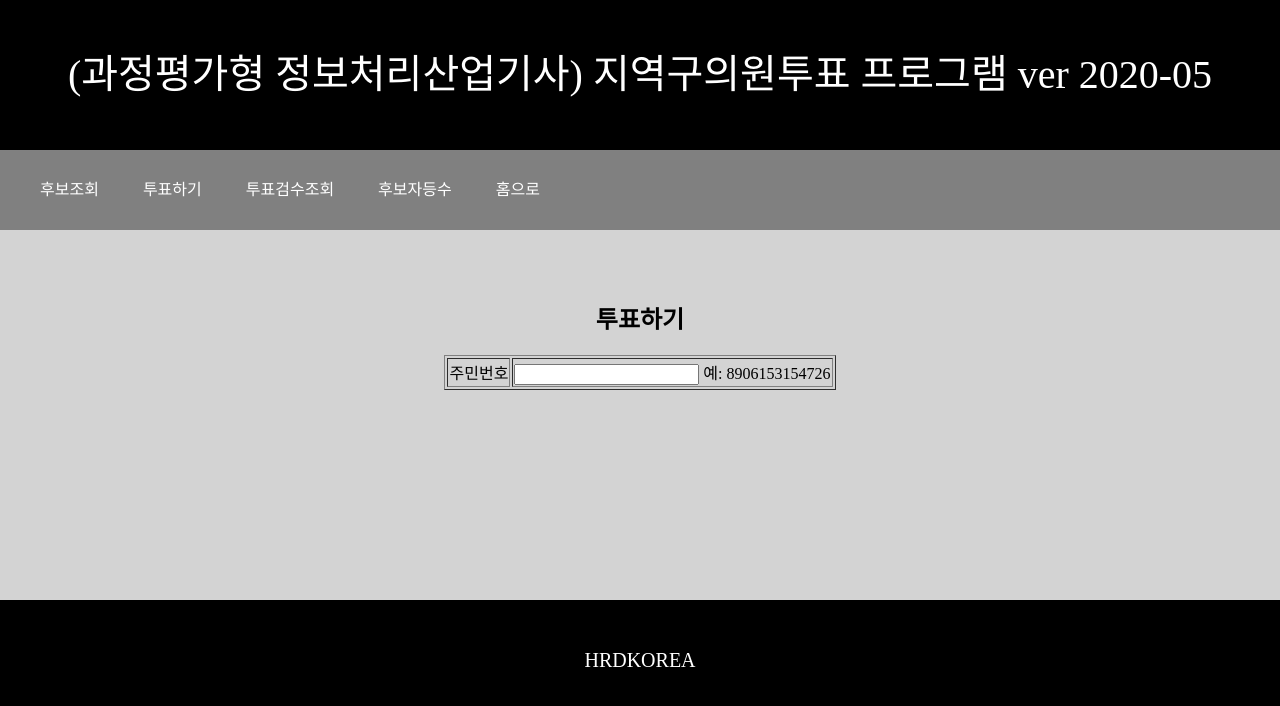
Repository: junhee97/-
Page: http://localhost/HRD_03/vote.jsp
These files come from the project's save history. The page is drawn as it stood at one moment and after the next save; the edit follows.
The browser window is 1280 px wide. The pictures show the whole page.
The page is served by Tomcat 9.

Above is the page before, as saved 2025-08-14 12:39:19.

### HRD_03/WebContent/vote.jsp
<%@ page language="java" contentType="text/html; charset=UTF-8"
    pageEncoding="UTF-8"%>
<!DOCTYPE html PUBLIC "-//W3C//DTD HTML 4.01 Transitional//EN" "http://www.w3.org/TR/html4/loose.dtd">
<html>
<head>
<meta http-equiv="Content-Type" content="text/html; charset=UTF-8">
<title>Insert title here</title>
</head>
<body>

<jsp:include page="header.jsp"></jsp:include>

<section style="position: fixed; top: 230px; left: 0px; width: 100%; height: 100%; background-color: lightgray;">
<h2 style="text-align: center; padding-top: 50px;">투표하기</h2>

<form style = "display: flex; align-items: center; justify-content: center; ">
	<table border = "1">
		<tr>
			<td style = "text-align: center;">주민번호</td>
			<td>
				<input type = "text"> 예: 8906153154726
			</td>
		</tr>
	</table>
</form>

</section>

<jsp:include page="footer.jsp"></jsp:include>


</body>
</html>

### HRD_03/WebContent/header.jsp
<%@ page language="java" contentType="text/html; charset=UTF-8"
    pageEncoding="UTF-8"%>
<!DOCTYPE html PUBLIC "-//W3C//DTD HTML 4.01 Transitional//EN" "http://www.w3.org/TR/html4/loose.dtd">
<html>
<head>
<meta http-equiv="Content-Type" content="text/html; charset=UTF-8">
<title>Insert title here</title>

<style>
	a{
		text-decoration: none;
		color: white;
	}
</style>

</head>
<body>

	<header style="position:fixed; top:0px; left:0px; width:100%; height: 150px; line-height: 150px; background-color: black; color: white; text-align: center; font-size: 40px;">
		(과정평가형 정보처리산업기사) 지역구의원투표 프로그램 ver 2020-05
	</header>

	<nav style="position: fixed; top: 150px; left: 0px; width: 100%; height: 80px; line-height: 80px; background-color: gray; padding-left: 40px;">
		<a href="m_list.jsp">후보조회</a> &nbsp; &nbsp; &nbsp; &nbsp; &nbsp;
		<a href="vote.jsp">투표하기</a> &nbsp; &nbsp; &nbsp; &nbsp; &nbsp;
		<a href="v_list.jsp">투표검수조회</a> &nbsp; &nbsp; &nbsp; &nbsp; &nbsp;
		<a href="rank.jsp">후보자등수</a> &nbsp; &nbsp; &nbsp; &nbsp; &nbsp;
		<a href="index.jsp">홈으로</a>
	</nav>

</body>
</html>

### HRD_03/WebContent/footer.jsp
<%@ page language="java" contentType="text/html; charset=UTF-8"
    pageEncoding="UTF-8"%>
<!DOCTYPE html PUBLIC "-//W3C//DTD HTML 4.01 Transitional//EN" "http://www.w3.org/TR/html4/loose.dtd">
<html>
<head>
<meta http-equiv="Content-Type" content="text/html; charset=UTF-8">
<title>Insert title here</title>
</head>
<body>

	<footer style="position: fixed; bottom: 0px; left: 0px; width: 100%; height: 120px; line-height: 120px; text-align: center; background-color: black; color: white; font-size: 20px;">
		HRDKOREA
	</footer>

</body>
</html>

After the next save:
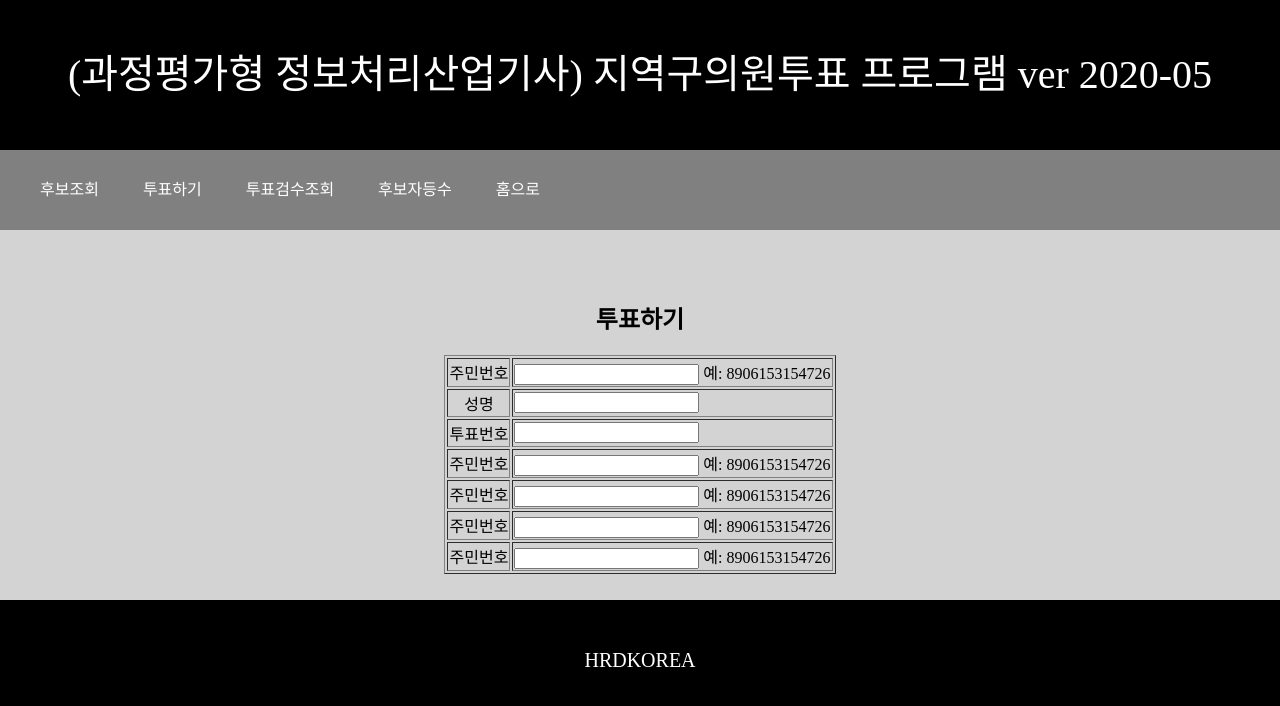
Saved 40 s later.
--- a/HRD_03/WebContent/vote.jsp
+++ b/HRD_03/WebContent/vote.jsp
@@ -21,6 +21,42 @@
 				<input type = "text"> 예: 8906153154726
 			</td>
 		</tr>
+		<tr>
+			<td style = "text-align: center;">성명</td>
+			<td>
+				<input type = "text">
+			</td>
+		</tr>
+		<tr>
+			<td style = "text-align: center;">투표번호</td>
+			<td>
+				<input type = "text">
+			</td>
+		</tr>
+		<tr>
+			<td style = "text-align: center;">주민번호</td>
+			<td>
+				<input type = "text"> 예: 8906153154726
+			</td>
+		</tr>
+		<tr>
+			<td style = "text-align: center;">주민번호</td>
+			<td>
+				<input type = "text"> 예: 8906153154726
+			</td>
+		</tr>
+		<tr>
+			<td style = "text-align: center;">주민번호</td>
+			<td>
+				<input type = "text"> 예: 8906153154726
+			</td>
+		</tr>
+		<tr>
+			<td style = "text-align: center;">주민번호</td>
+			<td>
+				<input type = "text"> 예: 8906153154726
+			</td>
+		</tr>
 	</table>
 </form>
 
